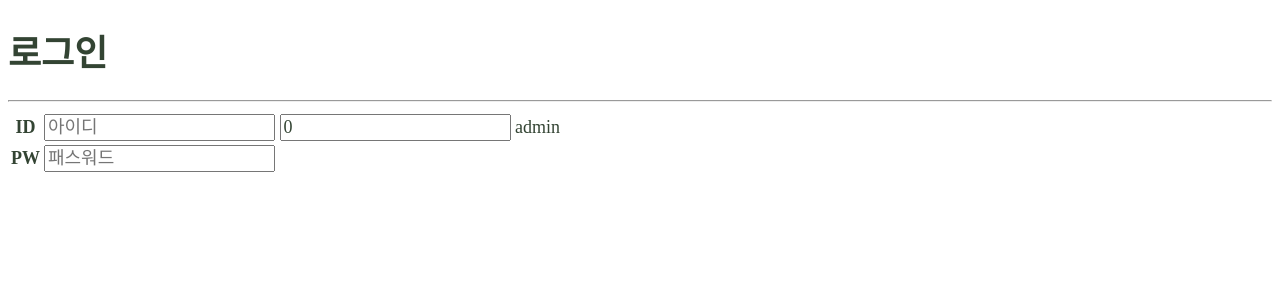
Repository: youngsik0405/SpringMVC
Page: http://localhost/mvc04/LoginForm.jsp
The author's editor kept a copy of each file at every save. The page is drawn from the files as they stood at one save, then again after the next save.
The browser window is 1280 px wide. The pictures show the whole page.
The page is served by Tomcat 9.

Above is the page before, as saved 2025-02-24 02:48:18.

After the next save:
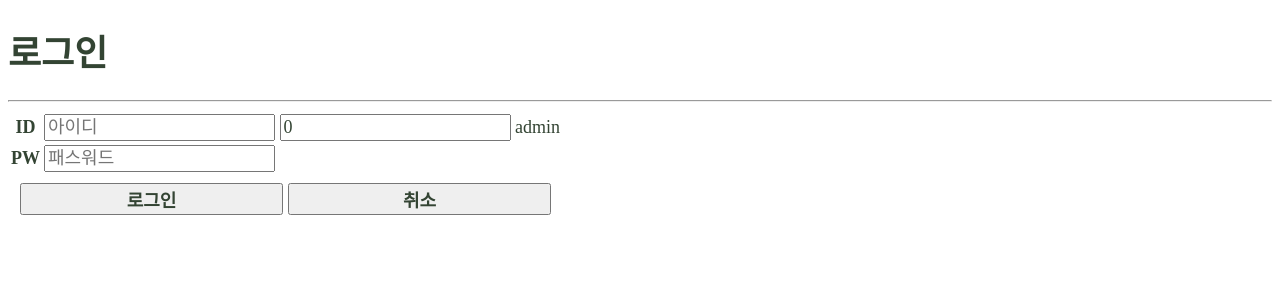
Saved 2 min 6 s later.
--- a/mvc04/WebContent/LoginForm.jsp
+++ b/mvc04/WebContent/LoginForm.jsp
@@ -48,7 +48,14 @@
 				</tr>
 				<tr style="height: 5px;">
 				</tr>
-
+				<tr>
+					<th colspan="2">
+						<input type="button" value="로그인" id="submitBtn" class="btn"
+						style="width: 48%;">
+						<input type="reset" value="취소" id="resetBtn" class="btn"
+						style="width: 48%;">
+					</th>
+				</tr>
 			</table>
 
 		</form>
